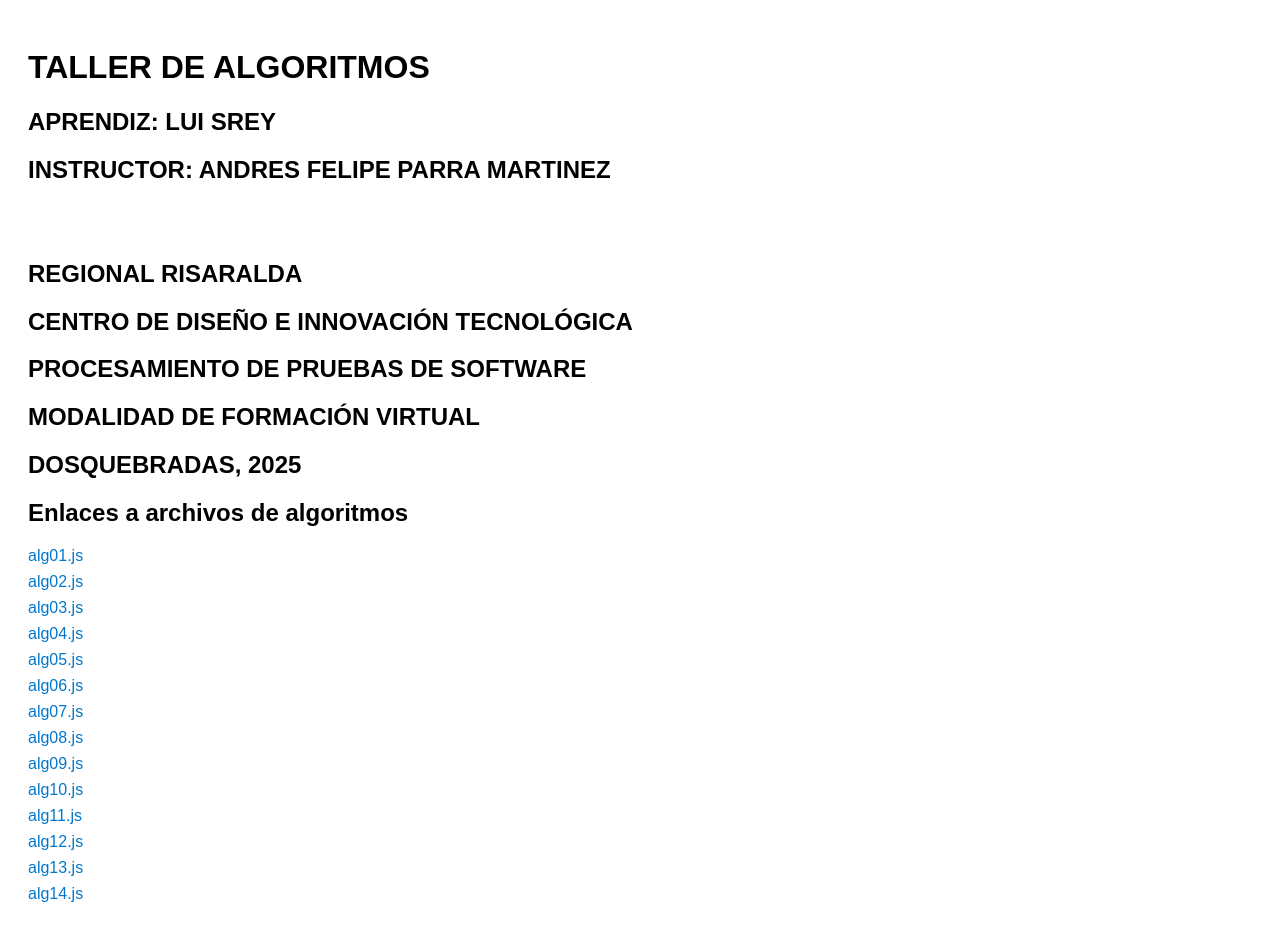
Repository: rlhardrock/SENATallerAlgoritmos01
Page: algoritmo.html
An editor plug-in stored every save of this project. The page is shown before and after a run of saves, followed by the edit.
The browser window is 1280 px wide. The pictures show the whole page.

Above is the page before, as saved 2025-04-23 16:16:53.

After the next 2 saves:
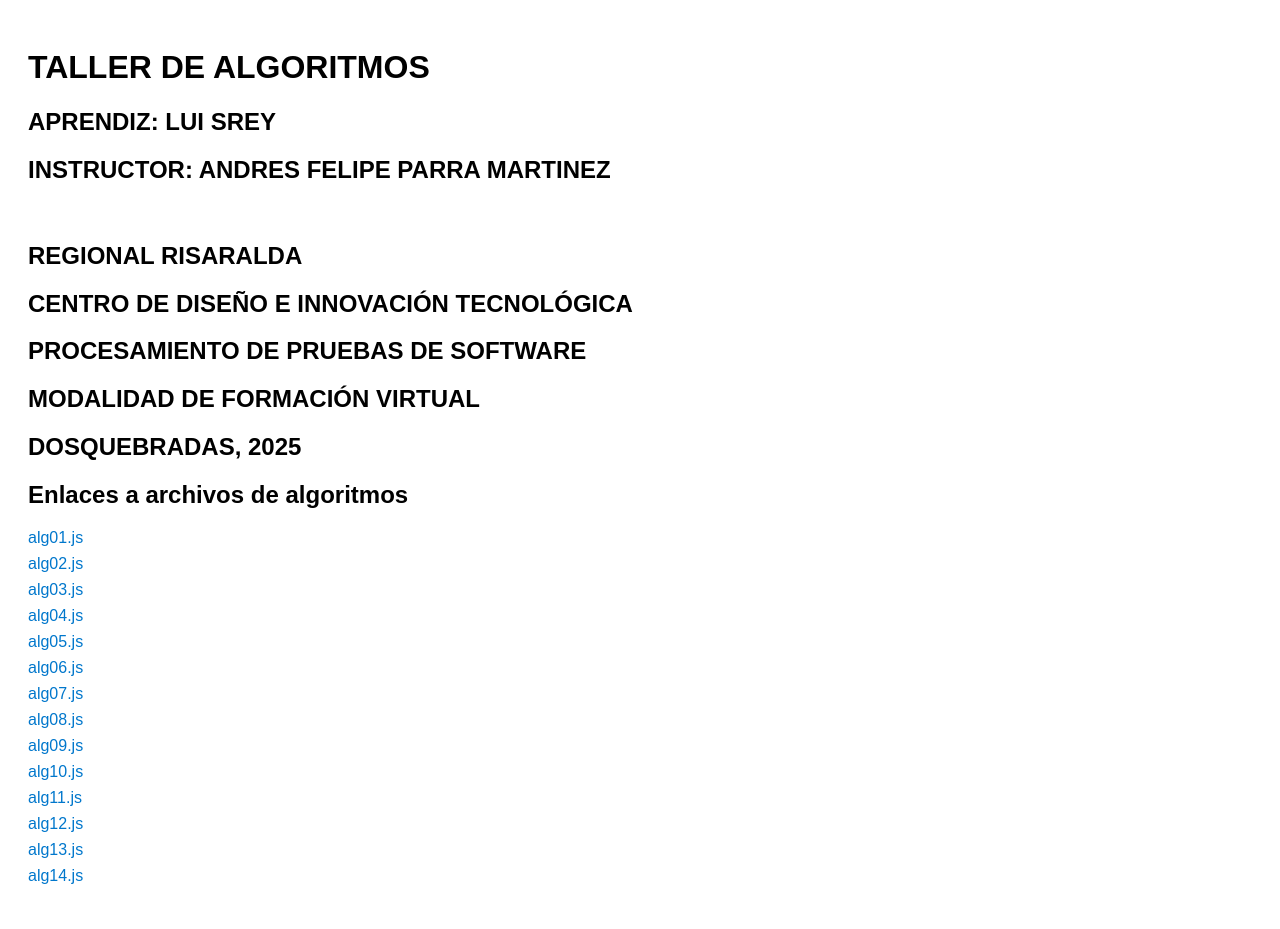
The 2 saves are shown as one change because they came seconds apart.
The last was saved 9 s later.
--- a/algoritmo.html
+++ b/algoritmo.html
@@ -31,7 +31,7 @@
     <h2></h2>
     <h2>APRENDIZ: LUI SREY</h2>
     <h2>INSTRUCTOR: ANDRES FELIPE PARRA MARTINEZ</h2>
-    <br></br>
+  </br>
     <h2>REGIONAL RISARALDA</h2>
     <h2>CENTRO DE DISEÑO E INNOVACIÓN TECNOLÓGICA</h2>
     <h2>PROCESAMIENTO DE PRUEBAS DE SOFTWARE</h2>
